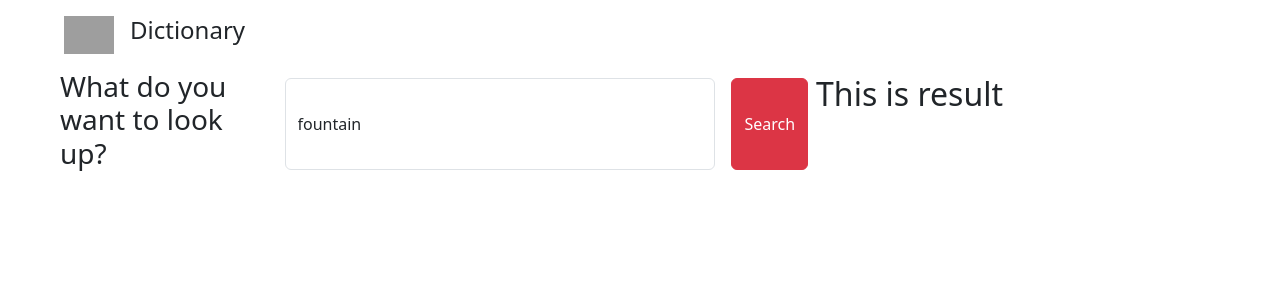
Repository: moehaymanmyint/react-dictionary-app
Page: /
These files come from the project's save history. The page is drawn as it stood at one moment and after the next save; the edit follows.
The browser window is 1280 px wide. The pictures show the whole page.
Pictures or frames that could not be fetched are drawn as grey boxes. The page's requests for data from a server got no answer. The project was rebuilt for these pictures with package versions that can differ from the ones it lists, and the page was loaded fresh each time. No one was signed in, and anything a server would have sent is missing.

Above is the page before, as saved 2024-08-28 10:43:57.

### src/App.js
import './App.css';
import 'bootstrap/dist/css/bootstrap.css';

import Search from "./Search"

function App() {
  return (
    <div className="App">
      {/* Logo */}
      <div className='logo m-3 mx-5 d-flex align-items-center'>
        <img src="https://th.bing.com/th/id/R.1ebe3e38406a8906121c9769e62adc3e?rik=d1hISy0qiMJ7Hg&pid=ImgRaw&r=0" alt="Logo" className='mx-3'/>
        <h4>Dictionary</h4>
      </div>

      <div className='container d-flex m-3 mx-5'>
        {/* Header */}
        <div className="header">
          <Search />
        </div>

        {/* Content */}
        <div className="content mx-5" >

        </div>

      </div>
    </div>
  );
}

export default App;

### src/App.css
.App img{
    width: 50px;
}

### src/Search.js
import React, {useState} from "react";
import 'bootstrap/dist/css/bootstrap.css';
import axios from 'axios';
import Result from "./Result"

export default function Search(props){
    let [word, setWord] = useState('fountain');
    let [result, setResult] = useState(null);

    let apiUrl =  `https://api.shecodes.io/dictionary/v1/define?word=${word}&key=03aa5321feb0a48eoca7a4tede1f2bb1`;
    axios.get(apiUrl).then(handleResponse);

    function handleResponse(response){
        console.log(response);
    }

    function handleSubmit(event){
        event.preventDefault();
        alert("searching for " + word);
    }

    function updateWord(event){
        setWord(event.target.value);
    }

    return (
        <div className="Content d-flex">
            <form onSubmit={handleSubmit} className="d-flex">
                <h3>What do you want to look up?</h3>
                <input type="search" className="form form-control m-2" value={word} onChange={updateWord}/>
                <input type="submit" value="Search" className="btn btn-danger m-2"/>
            </form>
            <div className="meaning">
                <Result results={result} />
            </div>
        </div>
    );
}

### src/Result.js
import React from "react";

export default function Result(props){

    return (
        <div className="Result fs-2">
            This is result
        </div>
    )
}

Loaded but not shown: public/index.html (common file); src/index.js (common file); src/index.css (common file); src/reportWebVitals.js (common file)

After the next save:
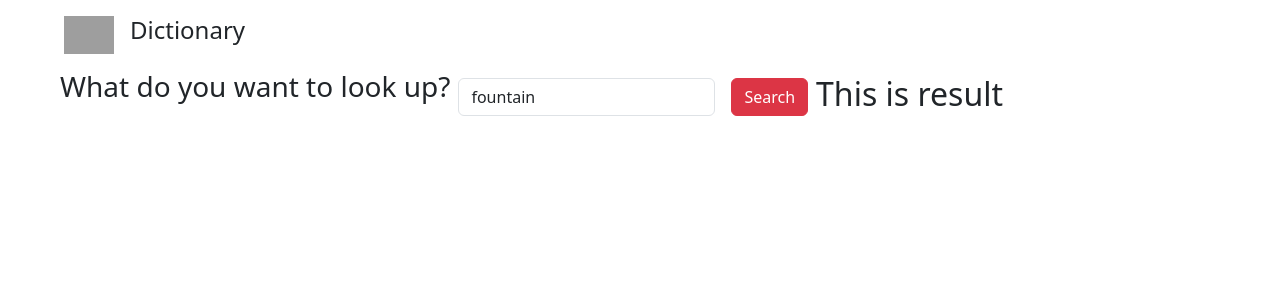
Saved 11 s later.
--- a/src/Search.js
+++ b/src/Search.js
@@ -25,8 +25,8 @@ export default function Search(props){
 
     return (
         <div className="Content d-flex">
+            <h3>What do you want to look up?</h3>
             <form onSubmit={handleSubmit} className="d-flex">
-                <h3>What do you want to look up?</h3>
                 <input type="search" className="form form-control m-2" value={word} onChange={updateWord}/>
                 <input type="submit" value="Search" className="btn btn-danger m-2"/>
             </form>
